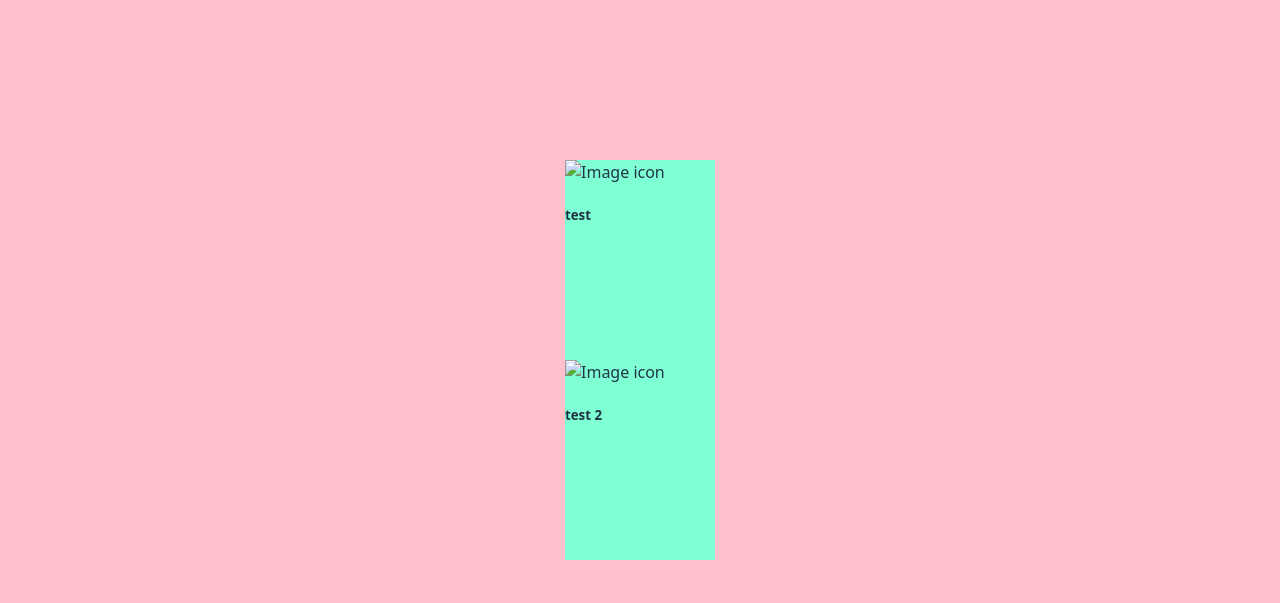
Repository: DaneJuswa/LearningReact
Page: / (app in reactProject/)
An editor plug-in stored every save of this project. The page is shown before and after the next save, followed by the edit.
The browser window is 1280 px wide. The pictures show the whole page.
The project was rebuilt for these pictures with package versions that can differ from the ones it lists, and the page was loaded fresh each time. Also part of the build but not shown: reactProject/vite.config.js.

Above is the page before, as saved 2025-09-11 22:23:07.

After the next save:
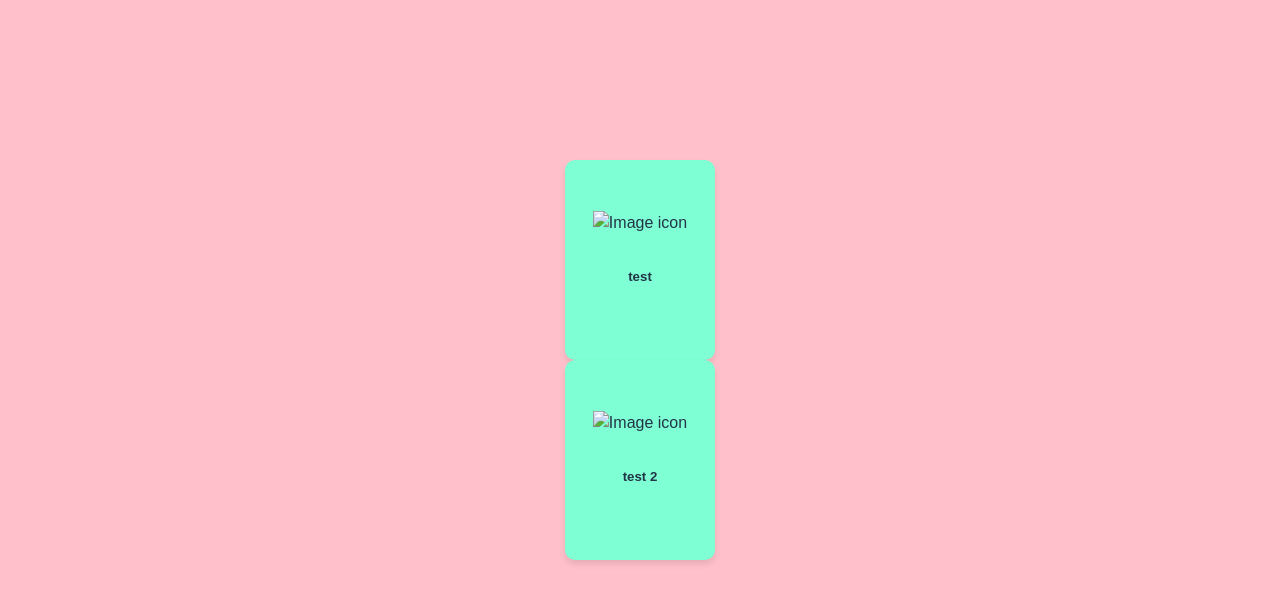
Saved 43 s later.
--- a/reactProject/src/App.css
+++ b/reactProject/src/App.css
@@ -1,12 +1,23 @@
-body{
+body {
   display: flex;
-   flex-direction: column;
+  flex-direction: column;
   justify-content: center;
   align-items: center;
+  min-height: 100vh; /* make sure it's vertically centered */
   background-color: pink;
+  margin: 0; /* remove default spacing */
 }
-.card-container{
+
+.card-container {
   width: 150px;
   height: 200px;
   background-color: aquamarine;
+  border-radius: 10px; /* rounded corners */
+  box-shadow: 0 4px 6px rgba(0,0,0,0.1); /* subtle shadow */
+  display: flex;
+  flex-direction: column;
+  justify-content: center;
+  align-items: center;
+  font-family: sans-serif;
+  gap: 10px; /* spacing between image & text */
 }
